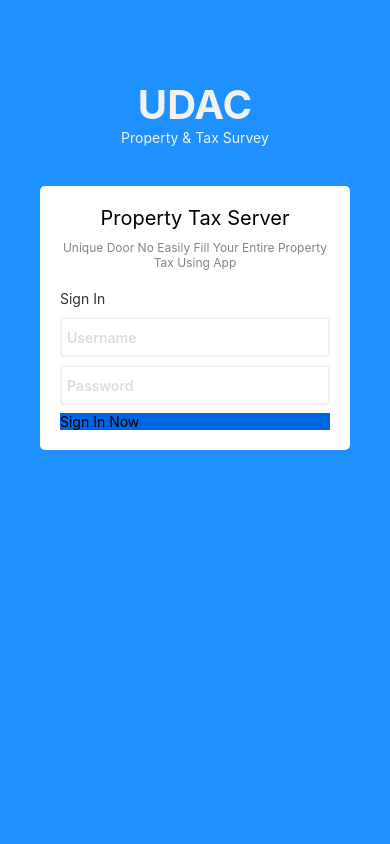
Repository: metalysm/BasicLoginPage
Screen: /
An editor plug-in stored every save of this project. The screen is shown before and after the next save, followed by the edit.
The app was drawn by React Native's web renderer in a window 390 px wide. The project was rebuilt for these pictures with package versions that can differ from the ones it lists, and the page was loaded fresh each time.

Above is the screen before, as saved 2019-12-05 16:25:11.

After the next save:
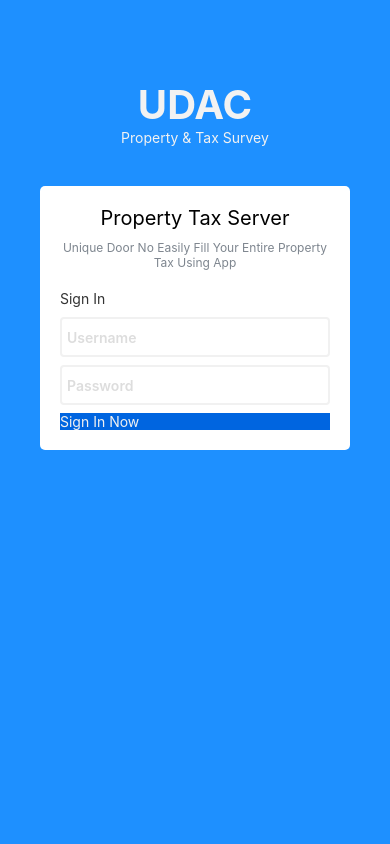
Saved 49 s later.
--- a/src/components/MyButton.js
+++ b/src/components/MyButton.js
@@ -7,8 +7,8 @@ export default class MyButton extends Component {
         return (
             <TouchableOpacity
             style={[styles.button,
-            {backgroundColor: this.props.bgColor,color:this.props.textColor}]}>
-                <Text>{this.props.text}</Text>
+            {backgroundColor: this.props.bgColor}]}>
+                <Text style ={{ color: this.props.textColor}}>{this.props.text}</Text>
             </TouchableOpacity>
         );
     }//autoCapitalize baş harfi büyük yapmayı kapadık.
